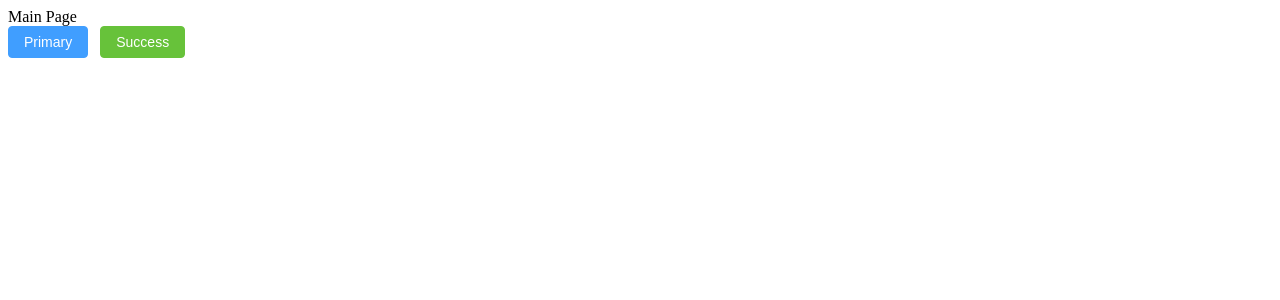
Repository: dishuibaby/vue-app
Page: /
The author's editor kept a copy of each file at every save. The page is drawn from the files as they stood at one save, then again after the next save.
The browser window is 1280 px wide. The pictures show the whole page.
The project was rebuilt for these pictures with package versions that can differ from the ones it lists, and the page was loaded fresh each time. Also part of the build but not shown: vite.config.js, src/components/CommonHeader.vue.

Above is the page before, as saved 2024-08-11 18:09:25.

After the next save:
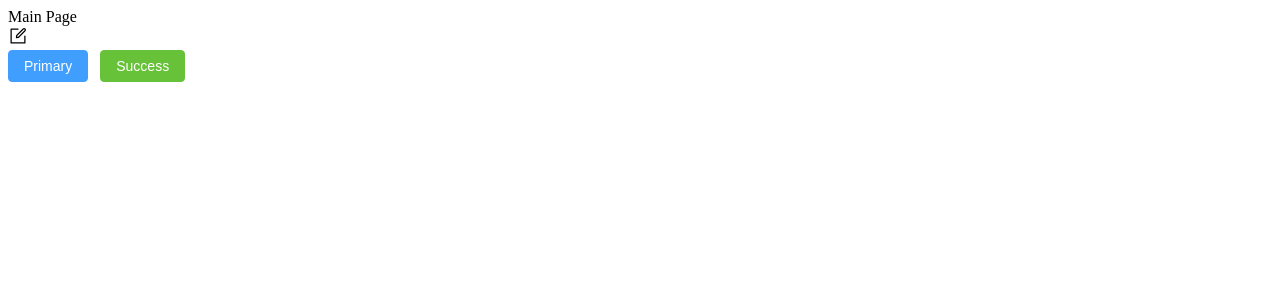
Saved 38 s later.
--- a/src/views/Main.vue
+++ b/src/views/Main.vue
@@ -4,6 +4,9 @@
 
 <template>
   <div>Main Page</div>
+  <el-icon :size="20">
+    <Edit />
+  </el-icon>
 </template>
 
 <style scoped>
